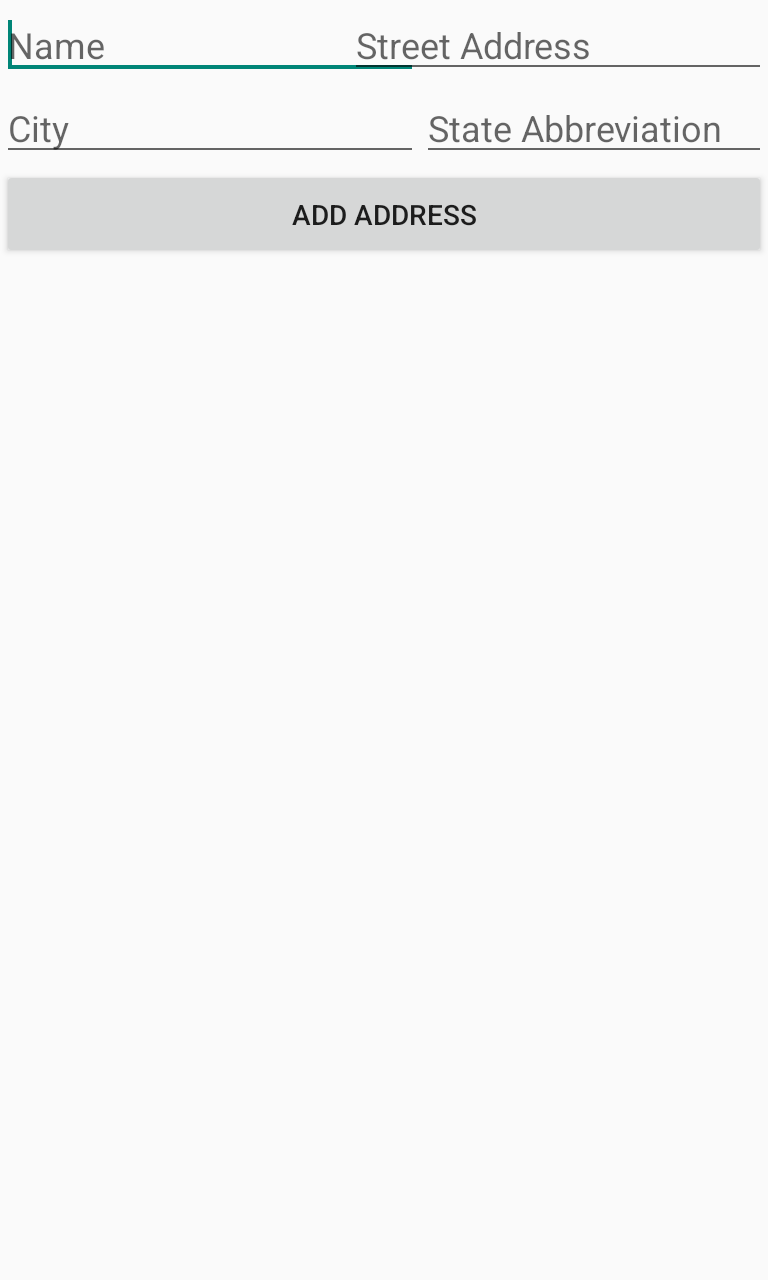
Repository: bhazenstab16/addressbookBMH
Layout: AddressBook/res/layout/activity_main.xml
The author's editor kept a copy of each file at every save. The layout is drawn from the files as they stood at one save, then again after the next save.
It is drawn on a 768 x 1280 px phone screen (xhdpi) without system bars, with theme AppTheme; the app's code is not run.

Above is the layout before, as saved 2019-10-17 15:46:19.

### AddressBook/res/layout/activity_main.xml
<RelativeLayout xmlns:android="http://schemas.android.com/apk/res/android"
    xmlns:tools="http://schemas.android.com/tools"
    android:id="@+id/container"
    android:layout_width="match_parent"
    android:layout_height="match_parent"
    tools:context="com.example.addressbook.MainActivity"
    tools:ignore="MergeRootFrame" >

    <EditText
        android:id="@+id/editTextName"
        android:layout_width="wrap_content"
        android:layout_height="wrap_content"
        android:layout_alignParentLeft="true"
        android:layout_alignParentTop="true"
        android:layout_marginRight="10dp"
        android:ems="10"
        android:hint="@string/stringHintName"
        android:inputType="textPersonName" >

        <requestFocus />
    </EditText>

    <EditText
        android:id="@+id/editTextCity"
        android:layout_width="wrap_content"
        android:layout_height="wrap_content"
        android:layout_alignParentLeft="true"
        android:layout_below="@+id/editTextStreetAddress"
        android:ems="10"
        android:hint="@string/stringHintCity" />

    <EditText
        android:id="@+id/editTextState"
        android:layout_width="wrap_content"
        android:layout_height="wrap_content"
        android:layout_alignBaseline="@+id/editTextCity"
        android:layout_alignBottom="@+id/editTextCity"
        android:layout_toRightOf="@+id/editTextCity"
        android:ems="10"
        android:hint="@string/stringHintState" />

    <EditText
        android:id="@+id/editTextZip"
        android:layout_width="wrap_content"
        android:layout_height="wrap_content"
        android:layout_alignBaseline="@+id/editTextState"
        android:layout_alignBottom="@+id/editTextState"
        android:layout_toRightOf="@+id/editTextState"
        android:ems="10"
        android:hint="@string/stringHintZip"
        android:inputType="number" />

    <EditText
        android:id="@+id/editTextStreetAddress"
        android:layout_width="wrap_content"
        android:layout_height="wrap_content"
        android:layout_alignParentTop="true"
        android:layout_toLeftOf="@+id/editTextZip"
        android:ems="10"
        android:hint="@string/stringHintStreetAddress"
        android:inputType="textPostalAddress" />

    <Button
        android:id="@+id/buttonAdd"
        android:layout_width="wrap_content"
        android:layout_height="wrap_content"
        android:layout_alignParentLeft="true"
        android:layout_alignParentRight="true"
        android:layout_below="@+id/editTextCity"
        android:text="@string/stringAddRecord" />

</RelativeLayout>

### AddressBook/res/values/strings.xml
<?xml version="1.0" encoding="utf-8"?>
<resources>

    <string name="app_name">AddressBook</string>
    <string name="hello_world">Hello world!</string>
    <string name="action_settings">Settings</string>
    <string name="stringHintName">Name</string>
    <string name="stringHintStreetAddress">Street Address</string>
    <string name="stringHintCity">City</string>
    <string name="stringHintState">State Abbreviation</string>
    <string name="stringHintZip">6 Digit Zip</string>
    <string name="stringAddRecord">Add Address</string>

</resources>

Loaded but not shown: AddressBook/res/values/styles.xml (common file); AddressBook/res/values-v11/styles.xml (common file); AddressBook/res/values-v14/styles.xml (common file)

After the next save:
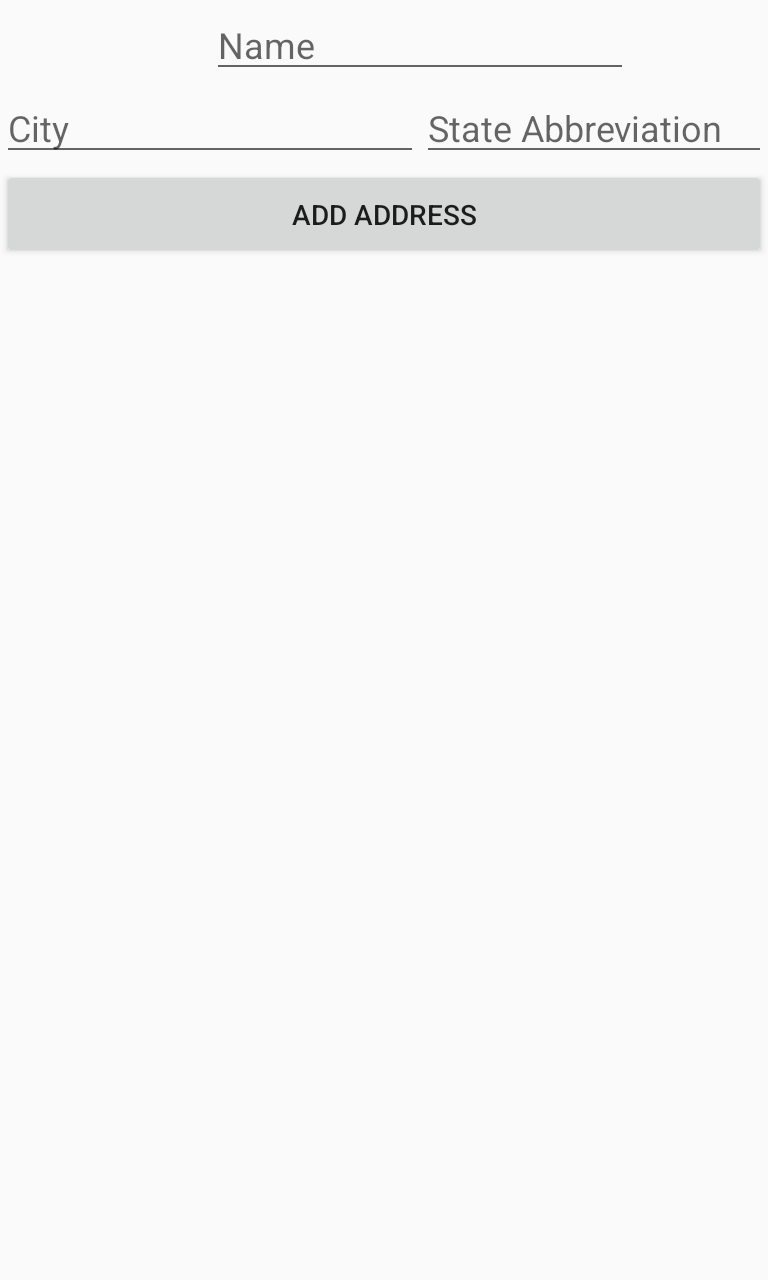
Saved 58 s later.
--- a/AddressBook/res/layout/activity_main.xml
+++ b/AddressBook/res/layout/activity_main.xml
@@ -5,20 +5,6 @@
     android:layout_height="match_parent"
     tools:context="com.example.addressbook.MainActivity"
     tools:ignore="MergeRootFrame" >
-
-    <EditText
-        android:id="@+id/editTextName"
-        android:layout_width="wrap_content"
-        android:layout_height="wrap_content"
-        android:layout_alignParentLeft="true"
-        android:layout_alignParentTop="true"
-        android:layout_marginRight="10dp"
-        android:ems="10"
-        android:hint="@string/stringHintName"
-        android:inputType="textPersonName" >
-
-        <requestFocus />
-    </EditText>
 
     <EditText
         android:id="@+id/editTextCity"
@@ -50,16 +36,6 @@
         android:hint="@string/stringHintZip"
         android:inputType="number" />
 
-    <EditText
-        android:id="@+id/editTextStreetAddress"
-        android:layout_width="wrap_content"
-        android:layout_height="wrap_content"
-        android:layout_alignParentTop="true"
-        android:layout_toLeftOf="@+id/editTextZip"
-        android:ems="10"
-        android:hint="@string/stringHintStreetAddress"
-        android:inputType="textPostalAddress" />
-
     <Button
         android:id="@+id/buttonAdd"
         android:layout_width="wrap_content"
@@ -69,4 +45,29 @@
         android:layout_below="@+id/editTextCity"
         android:text="@string/stringAddRecord" />
 
+    <EditText
+        android:id="@+id/editTextName"
+        android:layout_width="wrap_content"
+        android:layout_height="wrap_content"
+        android:layout_alignParentLeft="true"
+        android:layout_alignParentTop="true"
+        android:layout_marginLeft="105dp"
+        android:ems="10"
+        android:hint="@string/stringHintName"
+        android:inputType="textPersonName" />
+
+    <EditText
+        android:id="@+id/editTextStreetAddress"
+        android:layout_width="wrap_content"
+        android:layout_height="wrap_content"
+        android:layout_alignLeft="@+id/editTextZip"
+        android:layout_alignParentTop="true"
+        android:layout_marginLeft="51dp"
+        android:ems="10"
+        android:hint="@string/stringHintStreetAddress"
+        android:inputType="textPostalAddress" >
+
+        <requestFocus />
+    </EditText>
+
 </RelativeLayout>
